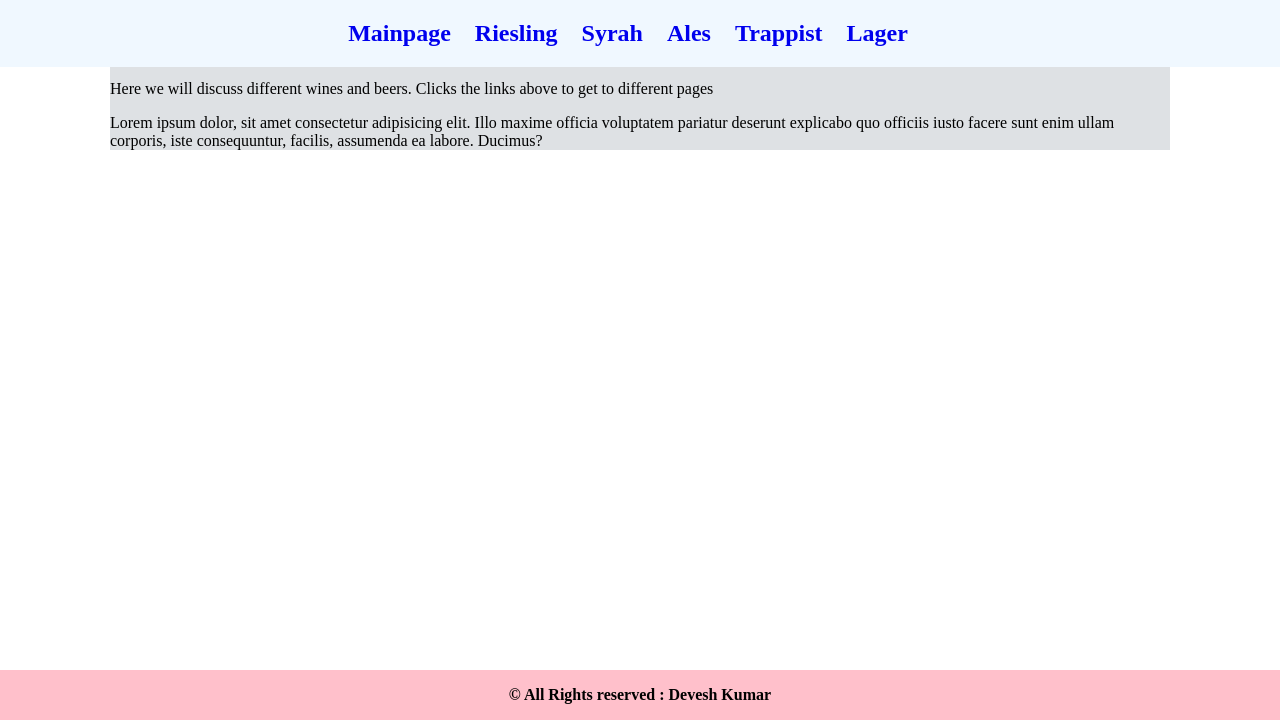
Repository: portretrieve/react-practice
Page: /
The author's editor kept a copy of each file at every save. The page is drawn from the files as they stood at one save, then again after the next save.
The browser window is 1280 px wide. The pictures show the whole page.
The project was rebuilt for these pictures with package versions that can differ from the ones it lists, and the page was loaded fresh each time. Also part of the build but not shown: src/wines/Riesling.js, src/wines/Syrah.js, src/beers/Ale.js, src/beers/Lager.js, src/beers/Trappist.js.

Above is the page before, as saved 2021-08-26 19:59:46.

After the next save:
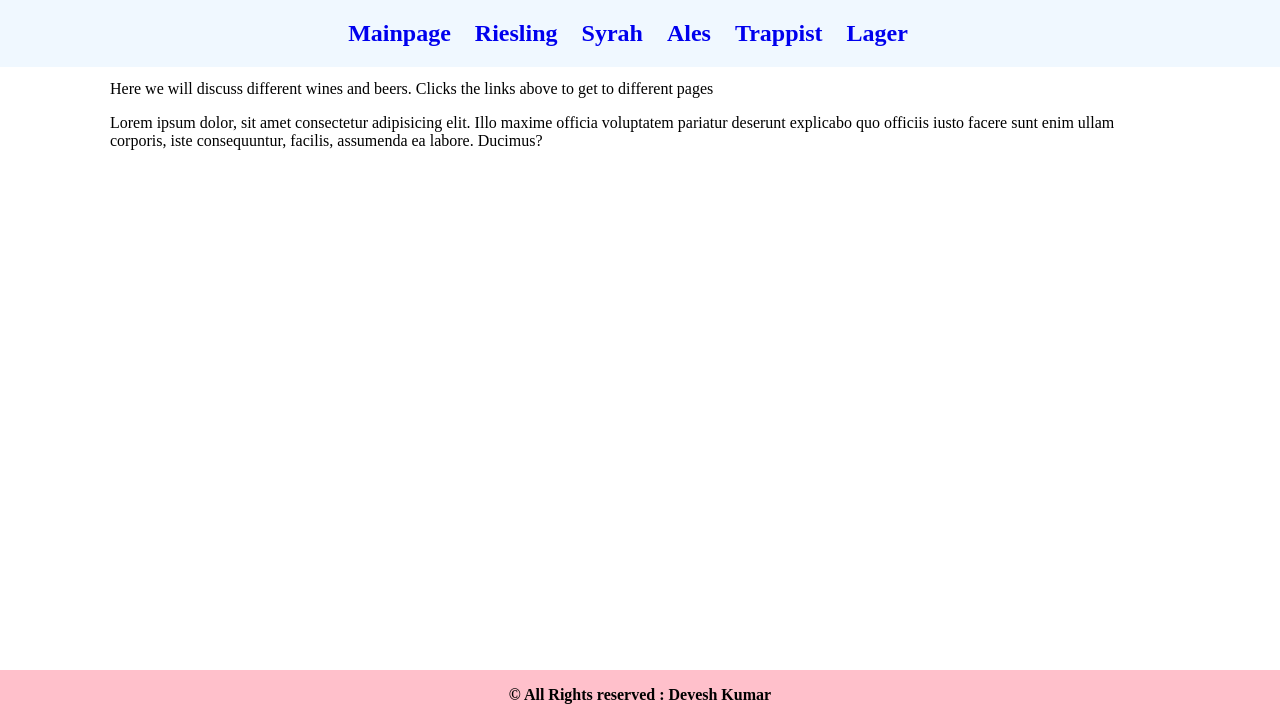
Saved 19 s later.
--- a/src/Util/centerContent.module.css
+++ b/src/Util/centerContent.module.css
@@ -2,5 +2,5 @@
     max-width: 1060px;
     width: 90%;
     margin: 0 auto;
-    background-color: rgb(222, 225, 228);
+    background-color: rgb(255, 255, 255);
 }
